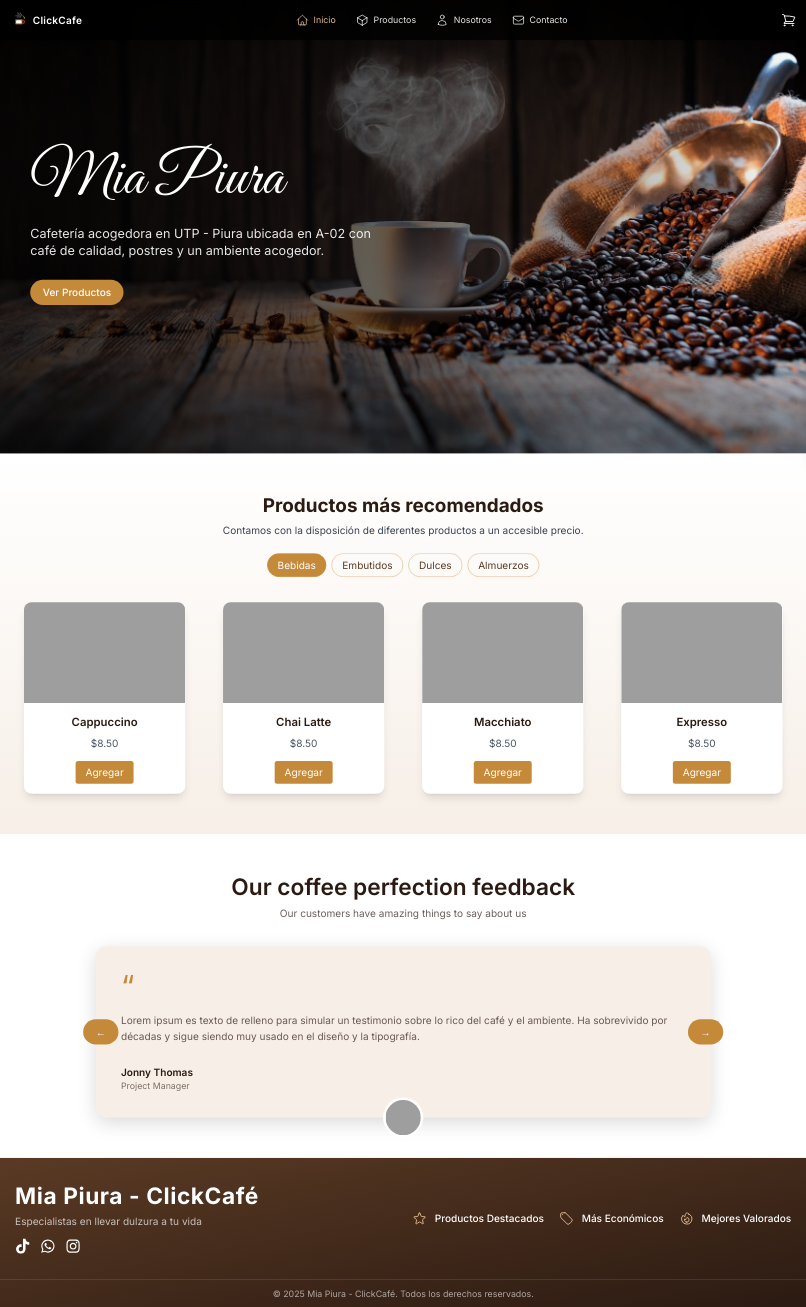
Repository: Adrian-JP777/INTEGRADOR
Page: / (app in clickcafe/)
An editor plug-in stored every save of this project. The page is shown before and after the next save, followed by the edit.
The browser window is 1280 px wide. The pictures show the whole page, at 63% of full size.
Pictures or frames that could not be fetched are drawn as grey boxes. The project was rebuilt for these pictures with package versions that can differ from the ones it lists, and the page was loaded fresh each time. Also part of the build but not shown: clickcafe/vite.config.js, clickcafe/src/pages/ProductsPage.jsx, clickcafe/src/pages/AboutPage.jsx, clickcafe/src/layouts/AdminLayout.jsx, clickcafe/src/pages/admin/AdminHomePage.jsx, clickcafe/src/pages/admin/AdminProductsPage.jsx, clickcafe/src/pages/admin/AdminPedidosPage.jsx, clickcafe/src/pages/admin/AdminSalesPage.jsx.

Above is the page before, as saved 2025-09-24 23:23:29.

### clickcafe/index.html
<!doctype html>
<html lang="es">
  <head>
    <meta charset="UTF-8" />
    <meta name="viewport" content="width=device-width, initial-scale=1.0" />
    <title>ClickCafe - Tu café en Piura</title>
    <meta name="description" content="ClickCafe: disfruta café, postres y almuerzos en un ambiente acogedor en Piura." />
    <link rel="icon" type="image/svg+xml" href="/logo.svg" />
    <link href="https://fonts.googleapis.com/css2?family=Great+Vibes&family=Inter:wght@300;400;500;600;700&display=swap" rel="stylesheet">
  </head>
  <body class="bg-white text-cafe-900">
    <div id="root"></div>
    <script type="module" src="/src/main.jsx"></script>
  </body>
</html>

### clickcafe/src/App.jsx
import { useState } from "react";
import { Routes, Route, useLocation, Navigate } from "react-router-dom";

// Componentes usuarios
import Navbar from './components/Navbar';
import Footer from './components/Footer';
import CartDrawer from './components/CartDrawer';
import HomePage from './pages/HomePage';
import ProductsPage from './pages/ProductsPage';
import AboutPage from './pages/AboutPage';

// Componentes admin
import AdminLayout from "./layouts/AdminLayout";
import AdminHomePage from "./pages/admin/AdminHomePage";
import AdminProductsPage from "./pages/admin/AdminProductsPage";
import AdminPedidosPage from "./pages/admin/AdminPedidosPage";
import AdminSalesPage from "./pages/admin/AdminSalesPage";

export default function App() {
  const [openCart, setOpenCart] = useState(false);
  const [cart, setCart] = useState([]);
  const [isAdmin, setIsAdmin] = useState(true);
  const location = useLocation();
  const isHome = location.pathname === '/';

  const addToCart = (prod) => {
    setCart((prev) => {
      const exists = prev.find((p) => p.id === prod.id);
      if (exists) return prev.map((p) => (p.id === prod.id ? { ...p, quantity: p.quantity + 1 } : p));
      return [...prev, { ...prod, quantity: 1 }];
    });
    setOpenCart(true);
  };

  const removeFromCart = (id) => setCart((prev) => prev.filter((p) => p.id !== id));
  const changeQuantity = (id, d) =>
    setCart((prev) => prev.map((p) => (p.id === id ? { ...p, quantity: Math.max(1, p.quantity + d) } : p)));

  return (
    <div className="min-h-screen flex flex-col bg-white">
      {!location.pathname.startsWith('/admin') && (
        <Navbar
          overlay={isHome}
          onOpenCart={() => setOpenCart(true)}
          count={cart.reduce((a, b) => a + b.quantity, 0)}
        />
      )}

      <main className="flex-1">
        <Routes>
          <Route path="/" element={<HomePage onAdd={addToCart} />} />
          <Route path="/products" element={<ProductsPage onAdd={addToCart} />} />
          <Route path="/about" element={<AboutPage />} />

          {isAdmin && (
            <Route path="/admin" element={<AdminLayout />}>
              <Route index element={<Navigate to="home" replace />} />
              <Route path="home" element={<AdminHomePage />} />
              <Route path="products" element={<AdminProductsPage />} />
              <Route path="pedidos" element={<AdminPedidosPage />} />
              <Route path="sales" element={<AdminSalesPage />} />
            </Route>
          )}

          {!isAdmin && <Route path="/admin/*" element={<Navigate to="/" replace />} />}
        </Routes>
      </main>

      {!location.pathname.startsWith('/admin') && <Footer />}

      <CartDrawer
        open={openCart}
        onClose={() => setOpenCart(false)}
        cart={cart}
        remove={removeFromCart}
        changeQuantity={changeQuantity}
      />
    </div>
  );
}

### clickcafe/src/index.css
@import url('https://fonts.googleapis.com/css2?family=Great+Vibes&family=Inter:wght@300;400;500;600;700&display=swap');

@tailwind base;
@tailwind components;
@tailwind utilities;

@layer components {
  .boton-dorado { @apply bg-cafe-500 text-white rounded-full px-5 py-2 font-medium hover:opacity-90 transition; }
  .titulo-seccion { @apply text-3xl md:text-4xl font-semibold text-cafe-900 text-center; }
  .parrafo-suave { @apply text-cafe-900/70 leading-relaxed; }
}

html, body {
  margin: 0;
  padding: 0;
  background-color: #000;
}

### clickcafe/src/components/Navbar.jsx
import { useState } from "react";
import { Link, NavLink } from "react-router-dom";
import { motion } from "framer-motion";
import {
  HomeIcon,
  CubeIcon,
  UserIcon,
  EnvelopeIcon,
  ShoppingCartIcon,
  Bars3Icon,
  XMarkIcon,
} from "@heroicons/react/24/outline";

export default function Navbar({ onOpenCart, count = 0 }) {
  const [menuOpen, setMenuOpen] = useState(false);

  const links = [
    { to: "/", label: "Inicio", icon: <HomeIcon className="w-5 h-5" /> },
    { to: "/products", label: "Productos", icon: <CubeIcon className="w-5 h-5" /> },
    { to: "/about", label: "Nosotros", icon: <UserIcon className="w-5 h-5" /> },
    { to: "/contact", label: "Contacto", icon: <EnvelopeIcon className="w-5 h-5" /> },
  ];

  return (
    <motion.header
      className="fixed top-0 left-0 right-0 z-50 text-white bg-black/70 backdrop-blur h-16"
      initial={{ y: -80, opacity: 0 }}
      animate={{ y: 0, opacity: 1 }}
      transition={{ duration: 0.6 }}
    >
      <div className="max-w-7xl mx-auto px-4 h-full flex items-center justify-between">
        <motion.div
          initial={{ opacity: 0, y: -20 }}
          animate={{ opacity: 1, y: 0 }}
          transition={{ duration: 0.6 }}
        >
          <Link to="/" className="flex items-center gap-2">
            <img src="/cafeclick.svg" alt="ClickCafe" className="h-7" />
            <span className="font-semibold tracking-wide">ClickCafe</span>
          </Link>
        </motion.div>

        <nav className="hidden md:flex items-center gap-8">
          {links.map((i, idx) => (
            <motion.div
              key={i.to}
              initial={{ opacity: 0, y: -20 }}
              animate={{ opacity: 1, y: 0 }}
              transition={{ duration: 0.6, delay: idx * 0.1 }}
            >
              <NavLink
                to={i.to}
                className={({ isActive }) =>
                  `flex items-center gap-2 text-sm ${
                    isActive ? "text-cafe-300" : "text-white/90 hover:text-white"
                  }`
                }
              >
                {i.icon}
                {i.label}
              </NavLink>
            </motion.div>
          ))}
        </nav>

        <motion.div
          className="flex items-center gap-4"
          initial={{ opacity: 0, y: -20 }}
          animate={{ opacity: 1, y: 0 }}
          transition={{ duration: 0.6, delay: 0.3 }}
        >
          <button
            className="md:hidden focus:outline-none p-1 rounded-lg hover:bg-white/10 transition"
            onClick={() => setMenuOpen(!menuOpen)}
            aria-label="Menú"
          >
            {menuOpen ? <XMarkIcon className="w-7 h-7" /> : <Bars3Icon className="w-7 h-7" />}
          </button>

          <button onClick={onOpenCart} className="relative hover:opacity-80" aria-label="Carrito">
            <ShoppingCartIcon className="w-6 h-6" />
            {count > 0 && (
              <span className="absolute -top-1 -right-1 bg-cafe-500 text-white text-xs rounded-full px-1">
                {count}
              </span>
            )}
          </button>
        </motion.div>
      </div>

      {menuOpen && (
        <motion.div
          initial={{ opacity: 0, y: -20 }}
          animate={{ opacity: 1, y: 0 }}
          exit={{ opacity: 0, y: -20 }}
          transition={{ duration: 0.3 }}
          className="md:hidden bg-black/90 backdrop-blur-sm text-white px-6 py-4 space-y-4"
        >
          {links.map((i) => (
            <NavLink
              key={i.to}
              to={i.to}
              className={({ isActive }) =>
                `flex items-center gap-2 text-base ${
                  isActive ? "text-cafe-300" : "text-white/90 hover:text-white"
                }`
              }
              onClick={() => setMenuOpen(false)}
            >
              {i.icon}
              {i.label}
            </NavLink>
          ))}
        </motion.div>
      )}
    </motion.header>
  );
}

### clickcafe/src/components/Footer.jsx
"use client";

import { motion } from "framer-motion";
import { StarIcon, TagIcon, FireIcon } from "@heroicons/react/24/outline";
import { FaInstagram, FaWhatsapp } from "react-icons/fa";
import { SiTiktok } from "react-icons/si";

export default function Footer() {
  return (
    <footer className="relative bg-gradient-to-br from-cafe-700 to-cafe-900 text-white overflow-hidden">
      <div className="max-w-7xl mx-auto px-6 py-8 md:py-10 relative z-10 flex flex-col md:flex-row justify-between gap-8">
        {/* Bloque 1: Logo y lema */}
        <div className="flex flex-col items-center md:items-start gap-2 text-center md:text-left">
          <motion.div
            className="text-3xl md:text-4xl font-bold tracking-wide"
            initial={{ y: 20, opacity: 0 }}
            whileInView={{ y: 0, opacity: 1 }}
            viewport={{ once: true }}
            transition={{ duration: 0.5 }}
          >
            Mia Piura - ClickCafé
          </motion.div>
          <motion.p
            className="text-white/70 text-sm md:text-base"
            initial={{ y: 20, opacity: 0 }}
            whileInView={{ y: 0, opacity: 1 }}
            viewport={{ once: true }}
            transition={{ duration: 0.5, delay: 0.1 }}
          >
            Especialistas en llevar dulzura a tu vida
          </motion.p>

          {/* Iconos sociales */}
          <motion.div
            className="flex gap-4 mt-2"
            initial={{ y: 20, opacity: 0 }}
            whileInView={{ y: 0, opacity: 1 }}
            viewport={{ once: true }}
            transition={{ duration: 0.5, delay: 0.2 }}
          >
            <motion.a
              href="https://www.tiktok.com/@miapiurasnackcafe"
              target="_blank"
              whileHover={{ scale: 1.2, color: "#FBBF24" }}
              aria-label="tiktok"
            >
              <SiTiktok size={24} />
            </motion.a>
            <motion.a
              href="https://wa.me/+51948107152"
              target="_blank"
              whileHover={{ scale: 1.2, color: "#25D366" }}
              aria-label="whatsapp"
            >
              <FaWhatsapp size={24} />
            </motion.a>
            <motion.a
              href="https://www.instagram.com/miapiura/"
              target="_blank"
              whileHover={{ scale: 1.2, color: "#E1306C" }}
              aria-label="instagram"
            >
              <FaInstagram size={24} />
            </motion.a>
          </motion.div>
        </div>

        {/* Bloque 2: Características */}
        <div className="flex flex-col md:flex-row justify-center md:justify-end gap-6 mt-4 md:mt-0 text-center md:text-left">
          <motion.div
            className="flex items-center gap-2 md:gap-3"
            initial={{ x: -20, opacity: 0 }}
            whileInView={{ x: 0, opacity: 1 }}
            viewport={{ once: true }}
            transition={{ duration: 0.5 }}
          >
            <StarIcon className="w-5 h-5 md:w-6 md:h-6 text-cafe-300" />
            <span className="text-sm md:text-base font-medium">Productos Destacados</span>
          </motion.div>

          <motion.div
            className="flex items-center gap-2 md:gap-3"
            initial={{ x: -20, opacity: 0 }}
            whileInView={{ x: 0, opacity: 1 }}
            viewport={{ once: true }}
            transition={{ duration: 0.5, delay: 0.1 }}
          >
            <TagIcon className="w-5 h-5 md:w-6 md:h-6 text-cafe-300" />
            <span className="text-sm md:text-base font-medium">Más Económicos</span>
          </motion.div>

          <motion.div
            className="flex items-center gap-2 md:gap-3"
            initial={{ x: -20, opacity: 0 }}
            whileInView={{ x: 0, opacity: 1 }}
            viewport={{ once: true }}
            transition={{ duration: 0.5, delay: 0.2 }}
          >
            <FireIcon className="w-5 h-5 md:w-6 md:h-6 text-cafe-300" />
            <span className="text-sm md:text-base font-medium">Mejores Valorados</span>
          </motion.div>
        </div>
      </div>

      {/* Línea inferior */}
      <div className="border-t border-white/20 py-3 text-center text-white/60 text-xs md:text-sm">
        © 2025 Mia Piura - ClickCafé. Todos los derechos reservados.
      </div>
    </footer>
  );
}

### clickcafe/src/components/CartDrawer.jsx
export default function CartDrawer({ open, onClose, cart, remove, changeQuantity }) {
  const total = cart.reduce((a,b)=> a + b.price * b.quantity, 0)

  return (
    <div className={`fixed inset-0 z-50 ${open? 'pointer-events-auto':'pointer-events-none'}`}>
      {/* Backdrop */}
      <div onClick={onClose} className={`absolute inset-0 bg-black/50 transition ${open? 'opacity-100':'opacity-0'}`} />
      {/* Panel */}
      <aside className={`absolute right-0 top-0 h-full w-full max-w-md bg-white shadow-xl transition-transform ${open? 'translate-x-0':'translate-x-full'}`}>
        <div className="p-4 border-b flex items-center justify-between">
          <h3 className="text-lg font-semibold">Tu carrito</h3>
          <button onClick={onClose} className="text-cafe-700">Cerrar</button>
        </div>
        <div className="p-4 space-y-4 overflow-y-auto h-[calc(100%-160px)]">
          {cart.length===0 && <p className="text-cafe-900/60">Aún no agregas productos.</p>}
          {cart.map(p => (
            <div key={p.id} className="flex gap-3 items-center">
              <img src={p.image} alt={p.name} className="w-16 h-16 rounded object-cover"/>
              <div className="flex-1">
                <div className="font-medium">{p.name}</div>
                <div className="text-sm text-cafe-900/70">S/{p.price.toFixed(2)}</div>
                <div className="flex items-center gap-2 mt-1">
                  <button onClick={()=>changeQuantity(p.id, -1)} className="px-2 border rounded">-</button>
                  <span>{p.quantity}</span>
                  <button onClick={()=>changeQuantity(p.id, +1)} className="px-2 border rounded">+</button>
                </div>
              </div>
              <button onClick={()=>remove(p.id)} className="text-red-600 text-sm">Quitar</button>
            </div>
          ))}
        </div>
        <div className="p-4 border-t">
          <div className="flex items-center justify-between mb-3">
            <span className="font-medium">Total</span>
            <span className="font-semibold">S/{total.toFixed(2)}</span>
          </div>
          <button className="w-full boton-dorado">Pagar</button>
        </div>
      </aside>
    </div>
  )
}

### clickcafe/src/pages/HomePage.jsx
// src/pages/HomePage.jsx
import Hero from "../components/Hero";
import ProductTabs from "../components/ProductTabs";
import Testimonials from "../components/Testimonials";

export default function HomePage({ onAdd }) {
  return (
    <div className="flex flex-col">
      {/* Hero section */}
      <Hero />

      {/* Productos más recomendados */}
      <ProductTabs onAdd={onAdd} />

      {/* Testimonios */}
      <Testimonials />
    </div>
  );
}

### clickcafe/src/components/Hero.jsx
import { motion } from "framer-motion";
import Boton from "./ui/boton";

export default function Hero() {
  const fondo = "/hero.jpg";

  return (
    <section className="relative min-h-screen grid items-center text-white overflow-hidden">
      {/* Imagen de fondo */}
      <div
        className="absolute inset-0 bg-cover bg-center md:bg-right"
        style={{ backgroundImage: `url(${fondo})` }}
        aria-hidden="true"
      />
      {/* Gradiente */}
      <div className="absolute inset-0 bg-gradient-to-r from-black/80 via-black/60 to-transparent" />

      {/* Contenido */}
      <div className="relative z-10 max-w-6xl px-6 md:px-12 text-center md:text-left">
        <motion.h1
          className="font-marca text-4xl sm:text-5xl md:text-7xl lg:text-8xl leading-tight"
          initial={{ opacity: 0, y: 50 }}
          animate={{ opacity: 1, y: 0 }}
          transition={{ duration: 0.8 }}
        >
          Mia Piura
        </motion.h1>

        <motion.p
          className="mt-6 max-w-md sm:max-w-lg md:max-w-xl text-white/90 mx-auto md:mx-0 text-base sm:text-lg md:text-xl"
          initial={{ opacity: 0, y: 30 }}
          animate={{ opacity: 1, y: 0 }}
          transition={{ duration: 1, delay: 0.2 }}
        >
          Cafetería acogedora en UTP - Piura ubicada en A-02 con café de calidad, postres y un ambiente acogedor.
        </motion.p>

        <motion.div
          className="mt-8 flex justify-center md:justify-start"
          initial={{ opacity: 0, y: 20 }}
          animate={{ opacity: 1, y: 0 }}
          transition={{ duration: 1, delay: 0.4 }}
        >
          <Boton
            onClick={() =>
              document.getElementById("recomendados")?.scrollIntoView({ behavior: "smooth" })
            }
          >
            Ver Productos
          </Boton>
        </motion.div>
      </div>
    </section>
  );
}

### clickcafe/src/components/ProductTabs.jsx
// ProductTabs.jsx
import { motion } from "framer-motion"
import { useMemo, useState } from "react"
import { CATEGORIES, products } from "../data/products"
import ProductCard from "./ProductCard"

export default function ProductTabs({ onAdd }) {
  const [category, setCategory] = useState("Bebidas")
  const filtered = useMemo(
    () => products.filter((p) => p.category === category),
    [category]
  )

  return (
    <section
      id="recomendados"
      className="py-16 bg-gradient-to-b from-white to-cafe-50"
    >
      <div className="max-w-7xl mx-auto px-4 sm:px-6">
        <motion.h2
          className="titulo-seccion text-center text-3xl font-bold"
          initial={{ opacity: 0, y: -30 }}
          whileInView={{ opacity: 1, y: 0 }}
          viewport={{ once: false, amount: 0.3 }}
          transition={{ duration: 0.6 }}
        >
          Productos más recomendados
        </motion.h2>

        <motion.p
          className="text-center mt-2 parrafo-suave text-gray-700"
          initial={{ opacity: 0, y: 20 }}
          whileInView={{ opacity: 1, y: 0 }}
          viewport={{ once: false, amount: 0.3 }}
          transition={{ duration: 0.6, delay: 0.2 }}
        >
          Contamos con la disposición de diferentes productos a un accesible precio.
        </motion.p>

        {/* Categorías */}
        <div className="mt-6 flex gap-2 overflow-x-auto scrollbar-hide justify-start sm:justify-center">
          {CATEGORIES.map((c) => (
            <button
              key={c}
              onClick={() => setCategory(c)}
              className={`px-4 py-1.5 whitespace-nowrap rounded-full border ${
                category === c
                  ? "bg-cafe-500 text-white border-cafe-500"
                  : "border-cafe-300 text-cafe-700 hover:bg-cafe-100"
              }`}
            >
              {c}
            </button>
          ))}
        </div>

        {/* Grid de productos */}
        <div className="mt-10 grid grid-cols-2 md:grid-cols-3 lg:grid-cols-4 gap-6 sm:gap-8">
          {filtered.map((p, i) => (
            <motion.div
              key={p.id}
              initial={{ opacity: 0, y: 40 }}
              whileInView={{ opacity: 1, y: 0 }}
              viewport={{ once: false, amount: 0.2 }}
              transition={{ duration: 0.6, delay: i * 0.1 }}
              className="w-full flex justify-center" // centra la card
            >
              <ProductCard product={p} onAdd={onAdd} />
            </motion.div>
          ))}
        </div>
      </div>
    </section>
  )
}

### clickcafe/src/components/Testimonials.jsx
export default function Testimonials(){
  return (
    <section className="py-16 bg-white">
      <div className="max-w-5xl mx-auto px-6">
        <h2 className="titulo-seccion">Our coffee perfection feedback</h2>
        <p className="text-center mt-2 parrafo-suave">Our customers have amazing things to say about us</p>

        <div className="mt-10 relative bg-cafe-50 rounded-2xl p-10 shadow-suave">
          <div className="text-5xl text-cafe-500">“</div>
          <p className="parrafo-suave mt-4">
            Lorem ipsum es texto de relleno para simular un testimonio sobre lo rico del café y el ambiente.
            Ha sobrevivido por décadas y sigue siendo muy usado en el diseño y la tipografía.
          </p>
          <div className="mt-8">
            <div className="font-semibold text-cafe-900">Jonny Thomas</div>
            <div className="text-sm text-cafe-900/60">Project Manager</div>
          </div>
          <img
            src="https://images.unsplash.com/photo-1506794778202-cad84cf45f1d?q=80&w=200&auto=format&fit=crop"
            alt="cliente"
            className="w-14 h-14 rounded-full ring-4 ring-white absolute -bottom-7 left-1/2 -translate-x-1/2"
          />

          <button className="absolute top-1/2 -left-5 -translate-y-1/2 boton-dorado" aria-label="Anterior">←</button>
          <button className="absolute top-1/2 -right-5 -translate-y-1/2 boton-dorado" aria-label="Siguiente">→</button>
        </div>
      </div>
    </section>
  )
}

### clickcafe/src/components/ProductCard.jsx
// ProductCard.jsx
export default function ProductCard({ product, onAdd }) {
  return (
    <div className="bg-white rounded-xl shadow-lg overflow-hidden w-64 flex flex-col items-center">
      {product.image && (
        <img
          src={product.image}
          alt={product.name}
          className="w-full h-40 object-cover"
        />
      )}
      <div className="p-4 flex flex-col items-center gap-2 text-center">
        <h3 className="font-semibold text-lg">{product.name}</h3>
        <p className="text-gray-600">${product.price.toFixed(2)}</p>
        <button
          onClick={() => onAdd(product)}
          className="mt-2 px-4 py-1.5 bg-cafe-500 text-white rounded hover:bg-cafe-600 transition"
        >
          Agregar
        </button>
      </div>
    </div>
  )
}

### clickcafe/src/components/ui/boton.jsx
export default function Boton({ className = "", children, ...props }) {
  return (
    <button className={`boton-dorado ${className}`} {...props}>
      {children}
    </button>
  )
}

Loaded but not shown: clickcafe/src/main.jsx (common file); clickcafe/src/data/products.js (11 lines, source omitted); clickcafe/tailwind.config.js (23 lines, source omitted)

After the next save:
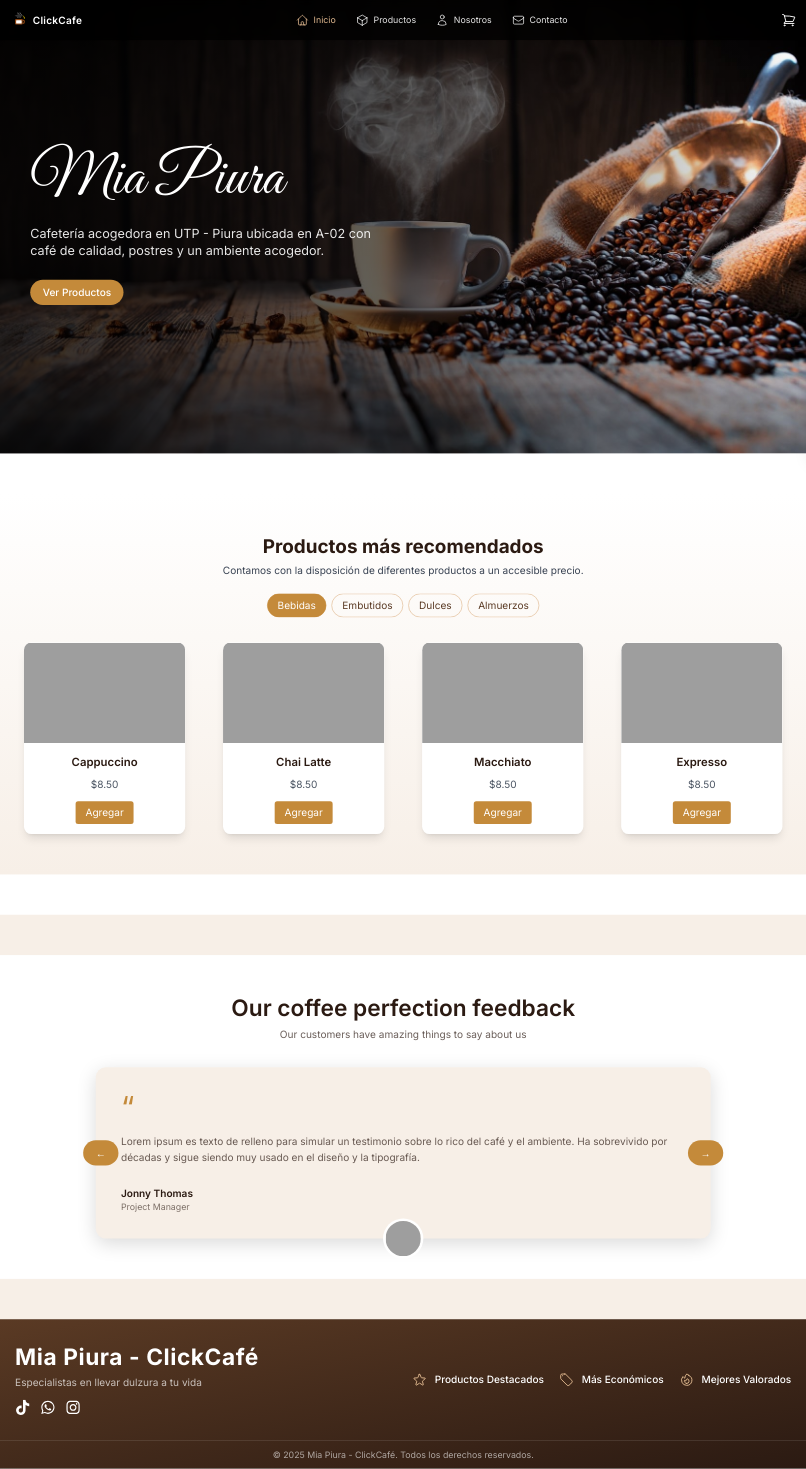
Saved 4 min 3 s later.
--- a/clickcafe/src/pages/HomePage.jsx
+++ b/clickcafe/src/pages/HomePage.jsx
@@ -1,19 +1,23 @@
 // src/pages/HomePage.jsx
-import Hero from "../components/Hero";
-import ProductTabs from "../components/ProductTabs";
-import Testimonials from "../components/Testimonials";
+import Hero from '../components/Hero';
+import ProductTabs from '../components/ProductTabs';
+import Testimonials from '../components/Testimonials';
 
 export default function HomePage({ onAdd }) {
   return (
-    <div className="flex flex-col">
-      {/* Hero section */}
+    <main className="flex flex-col min-h-screen bg-white">
+      {/* Hero */}
       <Hero />
 
-      {/* Productos más recomendados */}
-      <ProductTabs onAdd={onAdd} />
+      {/* Productos recomendados */}
+      <section id="recomendados" className="bg-white py-16">
+        <ProductTabs onAdd={onAdd} />
+      </section>
 
       {/* Testimonios */}
-      <Testimonials />
-    </div>
+      <section className="bg-cafe-50 py-16">
+        <Testimonials />
+      </section>
+    </main>
   );
 }
